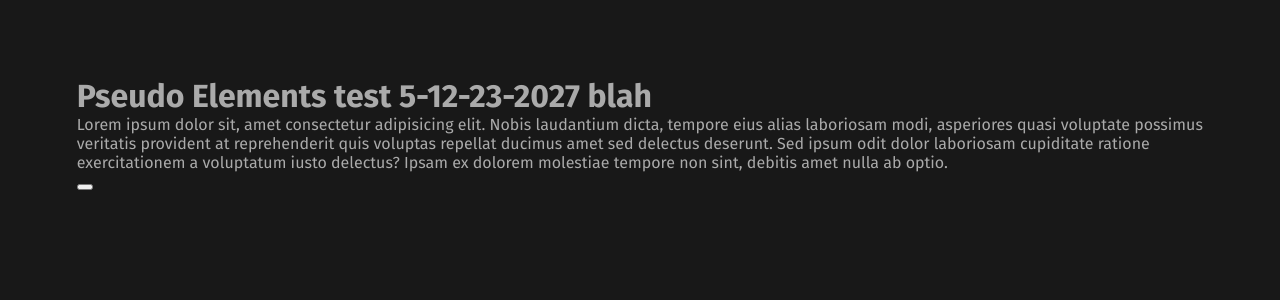
Repository: randy918/grandmaster-js-513
Page: index.html
An editor plug-in stored every save of this project. The page is shown before and after a run of saves, followed by the edit.
The browser window is 1280 px wide. The pictures show the whole page.
The style sheet was rebuilt from its Sass, Less or Tailwind sources for each picture, by a compiler version that may differ from the author's.

Above is the page before, as saved 2023-05-13 12:00:16.

### index.html
<!DOCTYPE html>
<html lang="en">
<head>
    <meta charset="UTF-8">
    <meta http-equiv="X-UA-Compatible" content="IE=edge">
    <meta name="viewport" content="width=device-width, initial-scale=1.0">
    <title>Pseudo Elements on the DOM</title>
        <link rel="stylesheet" href="css/index.css" />

</head>
<body>
    <h1 class="heading">Pseudo Elements test 5-12-23-2027 </h1>
   <p>Lorem ipsum dolor sit, amet consectetur adipisicing elit. Nobis laudantium dicta, tempore eius alias laboriosam modi, asperiores quasi voluptate possimus veritatis provident at reprehenderit quis voluptas repellat ducimus amet sed delectus deserunt. Sed ipsum odit dolor laboriosam cupiditate ratione exercitationem a voluptatum iusto delectus? Ipsam ex dolorem molestiae tempore non sint, debitis amet nulla ab optio.
   </p>
   <button class=""></button>
    <script src="./js/myfunctions.js"></script>
    <script src="./js/index.js"></script>
</body>
</html>

### js/myfunctions.js
//todo    Version 40423.0920
//todo
//todo   function a(toAlert)
//todo   function c(toConsole)
//todo   function cb(toConsole)
//todo   function ce(toConsole)
//todo   function cg(toConsole)
//todo   function co(toConsole)
//todo   function cr(toConsole)
//todo   function cv(toConsole)
//todo   function cw(toConsole)
//todo   function r(min, max)  Random integers, can be just 'max'
//todo   function getTime()--works! it is 72519.1414 format
//todo   function getCompleteDate()
//todo   function getMinute()
//todo   function getHour()
//todo   function getHour00()
//todo   function get24Hour()
//todo   function get24Hour00()
//todo   function getDay()
//todo   function getDay00()
//todo   function getMonth()
//todo   function getMonth00()
//todo   function getYear()
//todo   function getYear00()
//todo   function t()    eternal timestamp long number
//todo   function placeText(myIdClass, text)   unsure if it works?
//todo   function placeText2(myIdClass, text)   unsure if it works?
//todo   function getText(myIdClass)....brings whole line incl. tags
//todo   function getInnerText(myIdClass)
//todo   function getOuterText(myIdClass)
//todo   function addClass(myIdClass, newClass)
//todo   function removeClass(myIdClass, removeClass)
//todo   function changeBackgroundColor(myIdClass, color)
//todo   function changeTypeColor(myIdClass, color)
//todo   function changeTypeSize(myIdClass, size)
//todo   function addCSSText(myIdClass, text)

function a(toAlert) {
	alert(toAlert);
}

function c(toConsole) {
	console.log(toConsole);
}

function cb(toConsole) {
	var styles = [
		// 'font-size: 30px',
		"color: blue",
	].join(";");
	console.log(`%c` + toConsole, styles);
}

function ce(toConsole) {
	console.error(toConsole);
}

function cg(toConsole) {
	var styles = [
		// 'font-size: 30px',
		"color: green",
	].join(";");
	console.log(`%c` + toConsole, styles);
}

function co(toConsole) {
	var styles = [
		// 'font-size: 30px',
		"color: orange",
	].join(";");
	console.log(`%c` + toConsole, styles);
}

function cr(toConsole) {
	var styles = [
		// 'font-size: 30px',
		"color: red",
	].join(";");
	console.log(`%c` + toConsole, styles);
}

function cv(toConsole) {
	var styles = [
		// 'font-size: 30px',
		"color: violet",
	].join(";");
	console.log(`%c` + toConsole, styles);
}

function cw(toConsole) {
	console.warn(toConsole);
}

function r(min, max) {
	// 2.0, accepts single value for 1-x
	if (max === undefined) {
		max = min;
		min = 1;
	}
	const randomNumber =
		min - 1 + Math.ceil(Math.random() * (max + 1 - min));
	return randomNumber;
}
// may not be a real function
function getTime() {
	var today = new Date();
	var codeMonth = today.getMonth() + 1;
	var codeDay = today.getDate();
	if (codeDay < 10) {
		codeDay = "0" + codeDay;
	}
	var codeMinute = today.getMinutes();
	var codeHour = today.getHours();
	if (codeMinute < 10) {
		codeMinute = "0" + codeMinute;
	}
	if (codeHour < 10) {
		codeHour = "0" + codeHour;
	}
	var codeYear = today.getFullYear() - 2000;
	var dateTime =
		codeMonth +
		"" +
		codeDay +
		"" +
		codeYear +
		"." +
		codeHour +
		"" +
		codeMinute;
	// document.getElementById(`timeStamp`).innerHTML = dateTime;
	t = setTimeout(function () {
		getTime();
	}, 30000);
	return dateTime;
}

function getCompleteDate() {
	const today = new Date();
	return today;
}

function getMinute() {
	const today = new Date();
	const codeMinute = today.getMinutes();
	if (codeMinute < 10) {
		codeMinute = "0" + codeMinute;
	}
	return codeMinute;
}

function getMinute00() {
	const today = new Date();
	let codeMinute = today.getMinutes();
	if (codeMinute < 10) {
		codeMinute = "0" + codeMinute;
	}
	return codeMinute;
}

function getHour() {
	const today = new Date();
	let codeHour = today.getHours();
	if (codeHour > 12) {
		codeHour = codeHour - 12;
	}
	return codeHour;
}

function getAmPm() {
	let amPm = "am";
	const today = new Date();
	let codeHour = today.getHours();
	if (codeHour > 12) {
		amPm = "pm";
	}
	return amPm;
}

function getHour00() {
	const today = new Date();
	const codeHour = today.getHours();
	if (codeHour > 12) {
		codeHour = codeHour - 12;
	}
	if (codeHour < 10) {
		codeHour = "0" + codeHour;
	}
	return codeHour;
}

function get24Hour() {
	const today = new Date();
	const codeHour = today.getHours();
	return codeHour;
}

function get24Hour00() {
	const today = new Date();
	const codeHour = today.getHours();
	if (codeHour < 10) {
		codeHour = "0" + codeHour;
	}
	return codeHour;
}

function getDayVerbal() {
	const today = new Date();
	const codeDay = today.getDay() + 1;
	return theDay[codeDay];
}

function getDay00() {
	const today = new Date();
	const codeDay = today.getDate();
	if (codeDay < 10) {
		codeDay = "0" + codeDay;
	}
	return codeDay;
}

function getDay() {
	const today = new Date();
	const codeDay = today.getDate();
	return codeDay;
}

function getMonthVerbal() {
	const today = new Date();
	const codeMonth = today.getMonth() + 1;
	return theMonth[codeMonth];
}

function getMonth00() {
	const today = new Date();
	const codeMonth = today.getMonth() + 1;
	if (codeMonth < 10) {
		codeMonth = "0" + codeMonth;
	}
	return codeMonth;
}

function getMonth() {
	const today = new Date();
	const codeMonth = today.getMonth() + 1;
	return codeMonth;
}

function getYear00() {
	const today = new Date();
	const codeYear = today.getYear() - 100;
	if (codeYear < 10) {
		codeMYear = "0" + codeYear;
	}
	return codeYear;
}

function getYear() {
	const today = new Date();
	const codeYear = today.getYear() + 1900;
	return codeYear;
}

function t() {
	const now = new Date();
	eventTimestamp = now.getTime();
	// c(eventTimestamp);
	return eventTimestamp;
}
//    !  72419.1659 DOM MANIPULATION
//!
//!  placeText   element name, and text to put there--runs loosely?

function placeText(myIdClass, text) {
	const myElement = document.querySelector(myIdClass);
	myElement.innerText = text;
}
//    the function is longer than the original
// $(myIdClass).text(text)   <---works
function placeText2(myIdClass, text) {
	$(myIdClass).text(text);
}
function getText(myIdClass) {
	return document.querySelector(myIdClass);
}

function getInnerText(myIdClass) {
	return document.querySelector(myIdClass).innerHTML;
}

function getOuterText(myIdClass) {
	return document.querySelector(myIdClass).outerHTML;
}

function addClass(myIdClass, newClass) {
	document.querySelector(myIdClass).classList.add(newClass);
}

function removeClass(myIdClass, removeClass) {
	document.querySelector(myIdClass).classList.remove(removeClass);
}
// not sure what this one is for now
function containsClass(myIdClass, containsClass) {
	document
		.querySelector(myIdClass)
		.classList.contains(containsClass);
}
// above, can switch and toggle  also  mmtuts YOUTUBE 29-31 USING JAVASCRIPT
function changeBackgroundColor(myId, color) {
	document.getElementById(myId).style.background = color;

	// document.querySelector(myIdClass).style.backgroundColor = color;
}

function changeTypeColor(myIdClass, color) {
	document.querySelector(myIdClass).style.color = color;
}

function changeTypeSize(myIdClass, size) {
	document.querySelector(myIdClass).style.fontSize = size;
}

function addCSSText(myIdClass, text) {
	document.querySelector(myIdClass).style.cssText = text;
}

//!  72519.1714    Common Basic VARIABLE ARRAYS
var theDay = new Array(
	"Zero",
	"Sunday",
	"Monday",
	"Tuesday",
	"Wednesday",
	"Thursday",
	"Friday",
	"Saturday"
);
var theDayMin3 = new Array(
	"Zero",
	"Sun.",
	"Mon.",
	"Tues.",
	"Wed.",
	"Thurs.",
	"Fri.",
	"Sat."
);
var theDayMin2 = new Array(
	"Zero",
	"S",
	"M",
	"Tu",
	"W",
	"Th",
	"F",
	"S"
);
var theDayMin1 = new Array("Zero", "S", "M", "T", "W", "T", "F", "S");
var theMonth = new Array(
	"Zero",
	"January",
	"February",
	"March",
	"April",
	"May",
	"June",
	"July",
	"August",
	"September",
	"October",
	"November",
	"December"
);
var theMonthMin = new Array(
	"Zero",
	"Jan.",
	"Feb.",
	"Mar.",
	"Apr.",
	"May",
	"June",
	"July",
	"Aug.",
	"Sept.",
	"Oct.",
	"Nov.",
	"Dec."
);

function showDateTimeFormat() {
	const today = new Date();
	const formattedDate = new Intl.DateTimeFormat("en-US").format(
		today
	);
	const consoleFunctioningMessage = `
Console functioning: ${getDayVerbal()}, ${getMonthVerbal()} ${getDay()} at ${getHour()}:${getMinute00()}${getAmPm()}
  `;
	return consoleFunctioningMessage;
}
showDateTimeFormat();

console.log(
	`%c${showDateTimeFormat()}`,
	"font-size: 20px; color: gray"
);

//console.log("%cThis is a default font style", "color: blue; font-size: 20px");

### css/index.scss
@import url("https://fonts.googleapis.com/css2?family=Fira+Sans:ital,wght@0,400;0,700;0,900;1,400;1,700;1,900&display=swap");

$colors: (
    bg: rgba(55, 66, 76, 1),
    theGreen: rgba(0, 173, 43, 1),
    theRed: rgba(194, 47, 51, 1),
    theOrange: rgba(255, 103, 0, 1),
    theRodeoPink: #f1a1a4,
    theRodeoBlue: #7f86b0,
    theYellow: rgb(221, 172, 94),
    theGray: rgb(78, 92, 107),
    theBackground: rgba(241, 227, 214, 1),
    theDarkGray: rgba(43, 50, 56, 1),
    theBrown: rgba(101, 42, 36, 1),
    bitByBitRed: rgba(240, 44, 80, 1),
    bitByBitBlue: rgba(0, 79, 136, 1),
    bitByBitBlonde: rgba(241, 227, 214, 1),
    coolGrey50: rgb(245, 247, 250),
    coolGrey100: rgb(228, 231, 235),
    coolGrey200: rgb(203, 210, 217),
    coolGrey300: rgb(154, 165, 177),
    coolGrey400: rgb(123, 135, 148),
    coolGrey500: rgb(97, 110, 124),
    coolGrey600: rgb(82, 96, 109),
    coolGrey700: rgb(62, 76, 89),
    coolGrey800: rgb(50, 63, 75),
    coolGrey900: rgb(31, 41, 51),
    grey200: rgb(255, 255, 255),
    grey400: rgb(170, 170, 170),
    grey600: rgb(61, 61, 61),
    grey800: rgb(33, 33, 33),
    grey1000: rgb(24, 24, 24),
    grey5000: rgb(12, 12, 12),
    grey10000: rgb(0, 0, 0),
    hadiannaBlueOne: rgb(75, 160, 192),
    hadiannaBlueTwo: rgb(96, 176, 203),
    hadiannaBlueThree: rgb(161, 224, 249),
    hadiannaBlueFour: rgb(87, 182, 217),
    hadiannaOrangeOne: rgb(191, 123, 75),
    hadiannaOrangeFour: rgb(217, 141, 87),
    hadiannaSalmonOne: rgb(229, 120, 103),
    hadiannaSalmonFour: rgb(255, 133, 115),
);

@function getColor($color-name) {
    @return map-get($colors, $color-name);
}

:root {
    --border-radius: 0.5rem;
    --width-max: 75vw;
    --background-color: rgb(24, 24, 24);
    --background-color--cell: rgb(33, 33, 33);
    --type-color-one: rgb(170, 170, 170);
}

* *::before,
* *::after {
    box-sizing: border-box;
    border: none;
}
* body,
* h1,
* h2,
* h3,
* h4,
* p,
* figure,
* blockquote,
* dl,
* dd {
    margin: 0;
    font-family: "Fira Sans", sans-serif;
}

body {
    color: var(--type-color-one);
    margin-top: 6vw;
    margin-left: 6vw;
    margin-right: 6vw;
    background-color: var(--background-color);
}

h1.heading::after {
    content: "blah";
}

Loaded but not shown: js/index.js (no copy from this time; the picture is the same without it)

After the next 2 saves:
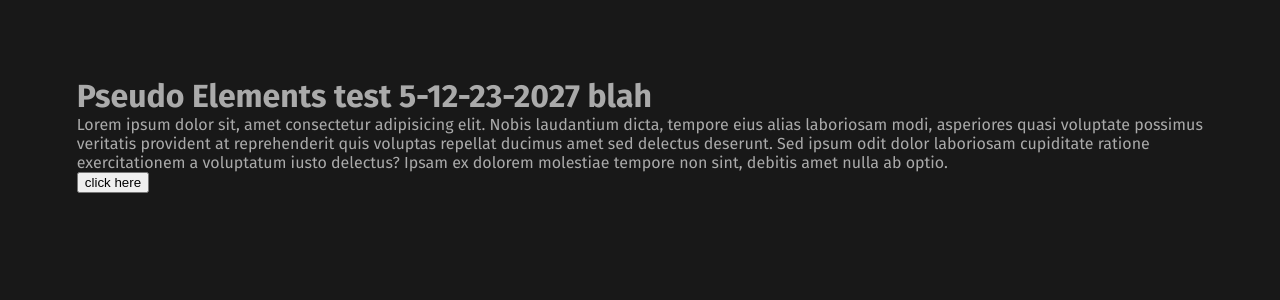
The 2 saves are shown as one change because they came seconds apart.
The last was saved 19 s later.
--- a/index.html
+++ b/index.html
@@ -12,7 +12,7 @@
     <h1 class="heading">Pseudo Elements test 5-12-23-2027 </h1>
    <p>Lorem ipsum dolor sit, amet consectetur adipisicing elit. Nobis laudantium dicta, tempore eius alias laboriosam modi, asperiores quasi voluptate possimus veritatis provident at reprehenderit quis voluptas repellat ducimus amet sed delectus deserunt. Sed ipsum odit dolor laboriosam cupiditate ratione exercitationem a voluptatum iusto delectus? Ipsam ex dolorem molestiae tempore non sint, debitis amet nulla ab optio.
    </p>
-   <button class=""></button>
+   <button class="">click here</button>
     <script src="./js/myfunctions.js"></script>
     <script src="./js/index.js"></script>
 </body>
